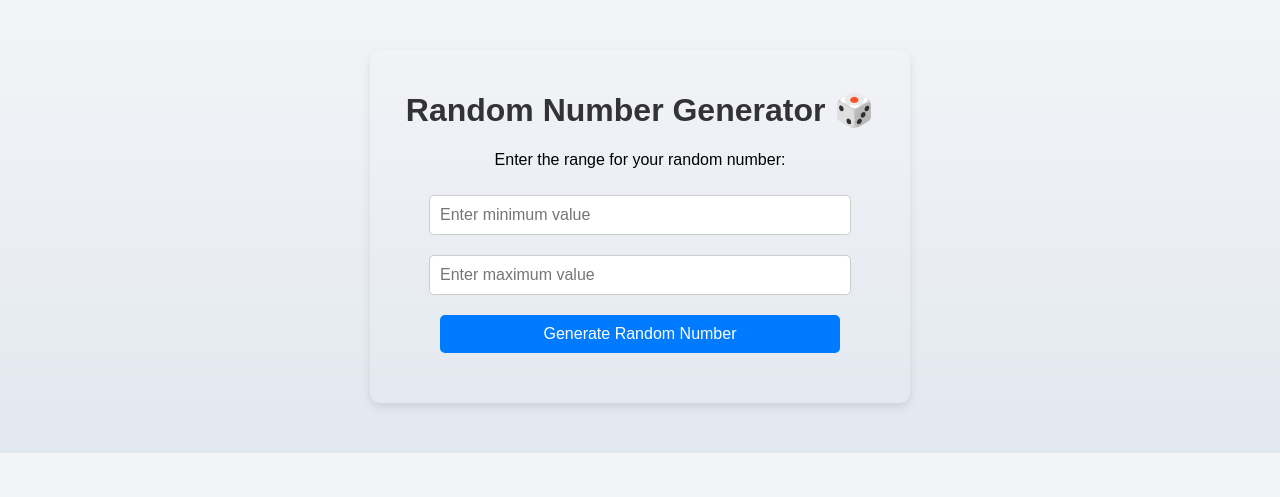
Repository: Anarchyve/race-picker
Page: index.html
These files come from the project's save history. The page is drawn as it stood at one moment and after the next save; the edit follows.
The browser window is 1280 px wide. The pictures show the whole page.

Above is the page before, as saved 2024-11-17 19:15:41.

After the next save:
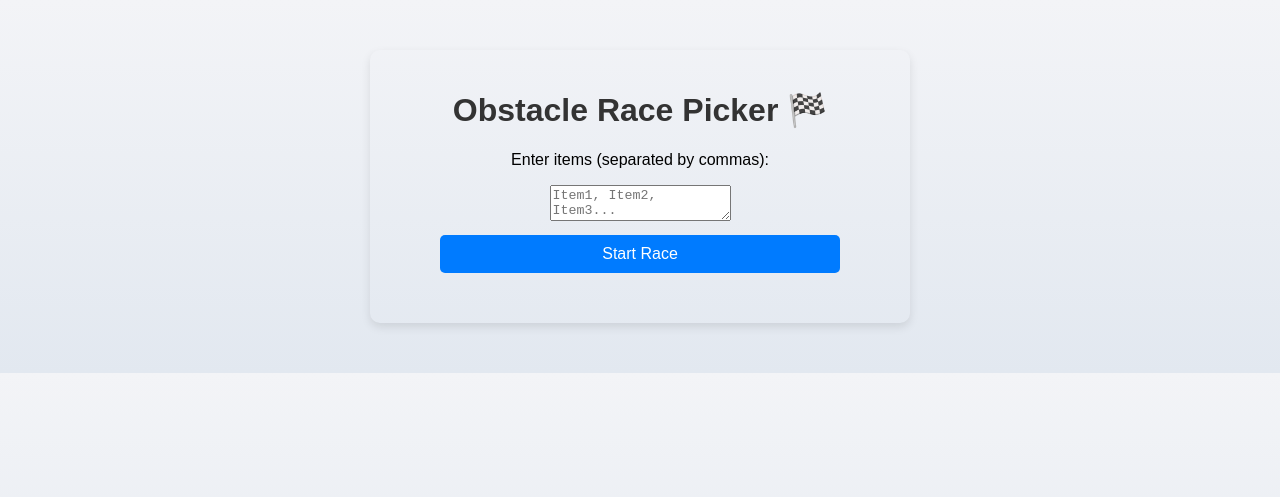
Saved 8 min 23 s later.
--- a/index.html
+++ b/index.html
@@ -3,20 +3,16 @@
 <head>
     <meta charset="UTF-8">
     <meta name="viewport" content="width=device-width, initial-scale=1.0">
-    <title>Random Number Generator</title>
+    <title>Obstacle Race Picker</title>
     <link rel="stylesheet" href="styles.css">
 </head>
 <body>
-    <h1>Random Number Generator 🎲</h1>
-    <p>Enter the range for your random number:</p>
-    <input id="min-value" type="number" placeholder="Enter minimum value">
-    <input id="max-value" type="number" placeholder="Enter maximum value">
-    <button onclick="generateRandomNumber()">Generate Random Number</button>
+    <h1>Obstacle Race Picker 🏁</h1>
+    <p>Enter items (separated by commas):</p>
+    <textarea id="items" placeholder="Item1, Item2, Item3..."></textarea>
+    <button onclick="startRace()">Start Race</button>
+    <div id="race-track"></div>
     <div id="result"></div>
-
-    <audio id="click-sound" src="click.mp3"></audio>
-    <audio id="success-sound" src="drumroll.mp3"></audio>
-
     <script src="script.js"></script>
 </body>
 </html>
